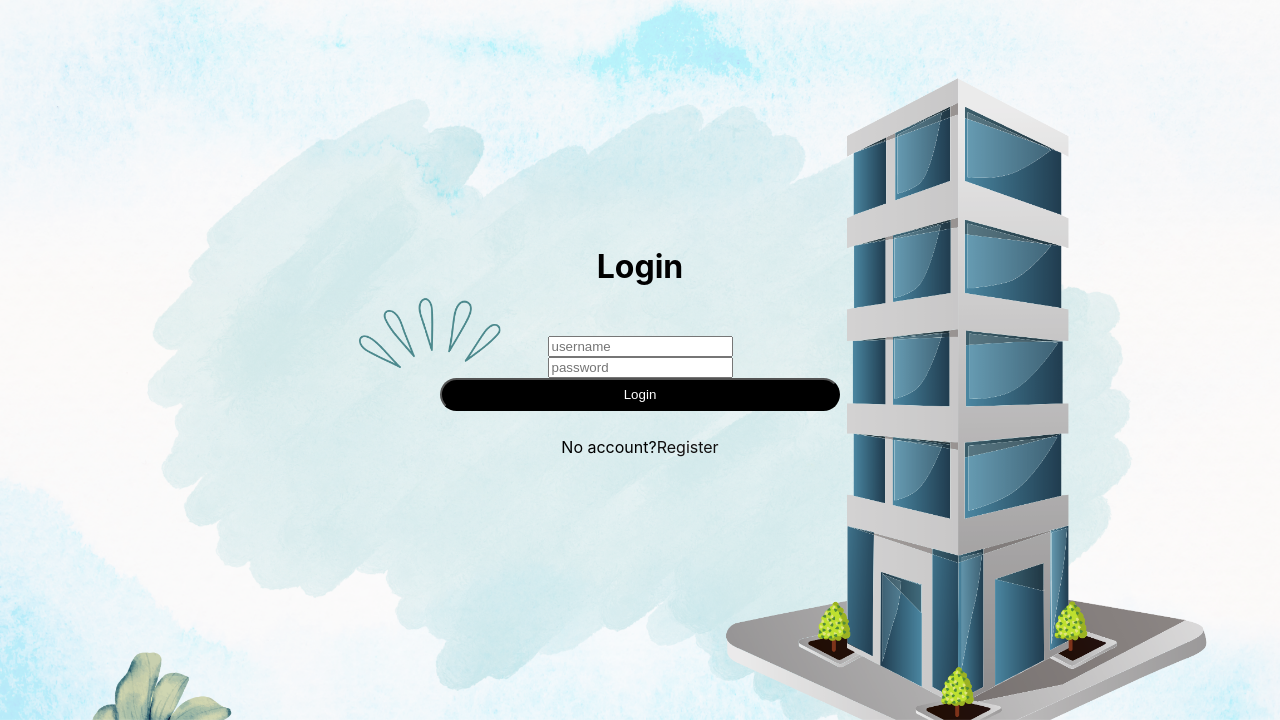
Repository: ngnhthuong/Smart_Trash_IOT
Page: /signup (app in UI/)
An editor plug-in stored every save of this project. The page is shown before and after the next save, followed by the edit.
The browser window is 1280 px wide. The pictures show the whole page.
The project was rebuilt for these pictures with package versions that can differ from the ones it lists, and the page was loaded fresh each time. Also part of the build but not shown: UI/src/pages/signup/Signup.js, UI/src/components/FloorStyle.css, UI/src/components/Floor.js, UI/src/pages/Home/HomeStyles.css, UI/src/pages/Home/Home.js.

Above is the page before, as saved 2024-03-30 14:48:18.

### UI/src/App.js
import { BrowserRouter as Router, Routes, Route } from "react-router-dom";
import { publicRoutes } from "./routes/index";
import DefaultLayout from "./pages/Home/Home";
import { Fragment } from "react";
import Login from "./pages/login/Login";

function App() {
  return (
    <Router>
      <div className="App">
        <Routes>
          {publicRoutes.map((route, index) => {
            const Layout = route.layout === null ? Fragment : Login;
            const Page = route.component;
            return (
              <Route
                key={index}
                path={route.path}
                element={
                  <Layout>
                    <Page />
                  </Layout>
                }
              />
            );
          })}
        </Routes>
      </div>
    </Router>
  );
}

export default App;

### UI/src/routes/index.js
import Login from "../pages/login/Login";
import Signup from "../pages/signup/Signup";
import Home from "../pages/Home/Home";
// dont need login to view
const publicRoutes = [
  { path: "/", component: Login },
  { path: "/home", component: Home },
  { path: "/signup", component: Signup },
];

export { publicRoutes };

### UI/src/pages/login/Login.js
import React from "react";
import "./LoginStyles.css";
export default function Login() {
  return (
    <div className="main">
      <form className="login">
        <h1 className="login-title">Login</h1>
        <input className="input" type="text" placeholder="username" />
        <input className="input" type="password" placeholder="password" />
        <button>Login</button>
        <p>
          No account?
          <span>
            <a className="register-redirect">Register</a>
          </span>
        </p>
      </form>
    </div>
  );
}

### UI/src/pages/login/LoginStyles.css
.main {
    position: relative;
    width: 100vw;
    height: 100vh;
    background: url(../../../public/background_webnew.png);
    background-size: cover;
    overflow: hidden;
    background-attachment: fixed;
}
form {
    width: 100%;
    height: 100%;
    display: flex;
    flex-direction: column;
    align-items: center;
    justify-content: center;
}

.login-title {
    margin: 0 0 50px 0;
}

input:focus {
    border: 2px solid #000000;
    outline: none;
}

.login-input {
    display: block;
    margin-bottom: 10px;
    width: 400px;
    height: 50px;
    padding: 10px 10px 10px 10px;
    border: 2px solid #ddd;
    border-radius: 40px;
    background-color: #fff;
}

.login button {
    cursor: pointer;
    width: 400px;
    display: block;
    margin-bottom: 10px;
    background-color: #000000;
    color: #ffffff;
    border-radius: 40px;
    padding: 7px 0;
}

form.login h1 {
    text-align: center;
}

.register-redirect {
    color: #110f0f;
}

.register-redirect:hover {
    cursor: pointer;
    text-shadow: 1px 1px rgba(7, 6, 6, 5.0);
}

.login {
    transition: transform 0.3s ease-out;
    transform: translateX(0);
}

.login.visible {
    transform: translateX(-100%);
}

Loaded but not shown: UI/public/index.html (common file); UI/src/index.js (common file); UI/src/index.css (common file); UI/src/reportWebVitals.js (common file)

After the next save:
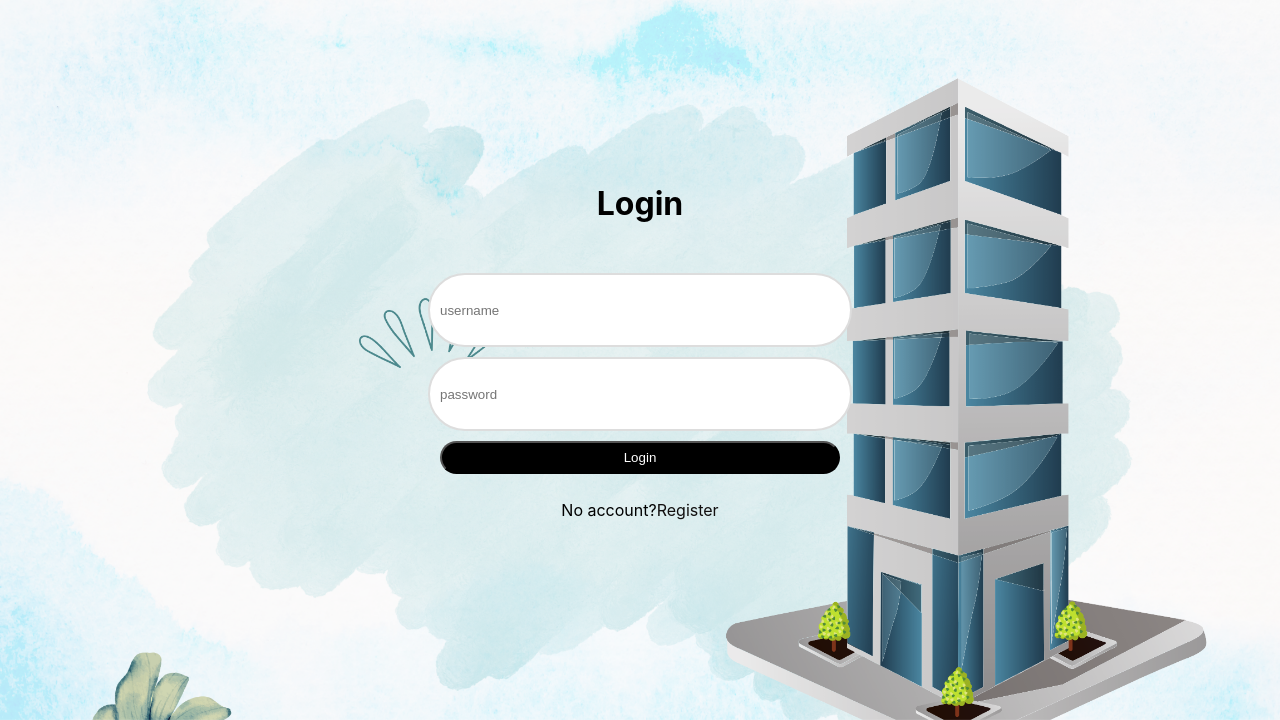
Saved 11 s later.
--- a/UI/src/pages/login/LoginStyles.css
+++ b/UI/src/pages/login/LoginStyles.css
@@ -25,7 +25,7 @@ input:focus {
     outline: none;
 }
 
-.login-input {
+.input {
     display: block;
     margin-bottom: 10px;
     width: 400px;
